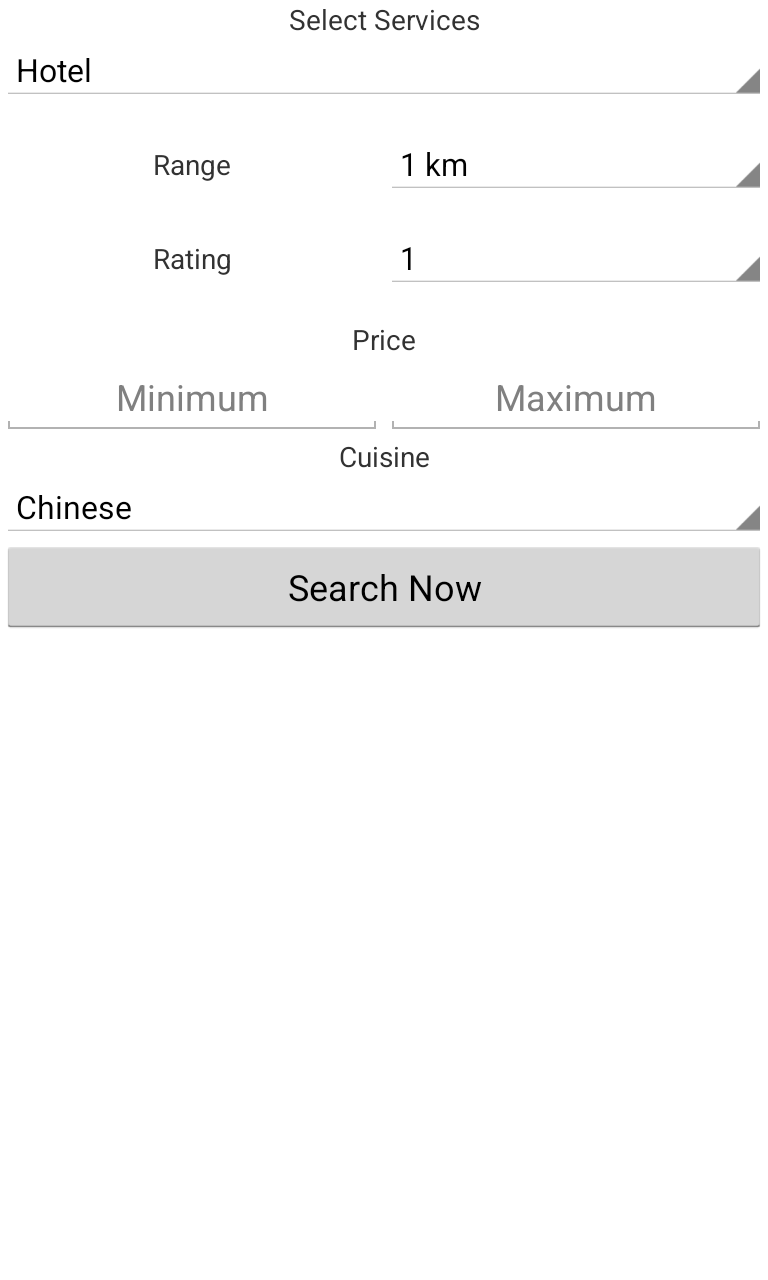
Repository: AungWinnHtut/projAndroid
Layout: com.engineer4myanmar.json.MainActivity/res/layout/activity_search.xml
The author's editor kept a copy of each file at every save. The layout is drawn from the files as they stood at one save, then again after the next save.
It is drawn on a 768 x 1280 px phone screen (xhdpi) without system bars, with theme AppTheme; the app's code is not run.

Above is the layout before, as saved 2015-08-24 15:51:25.

After the next save:
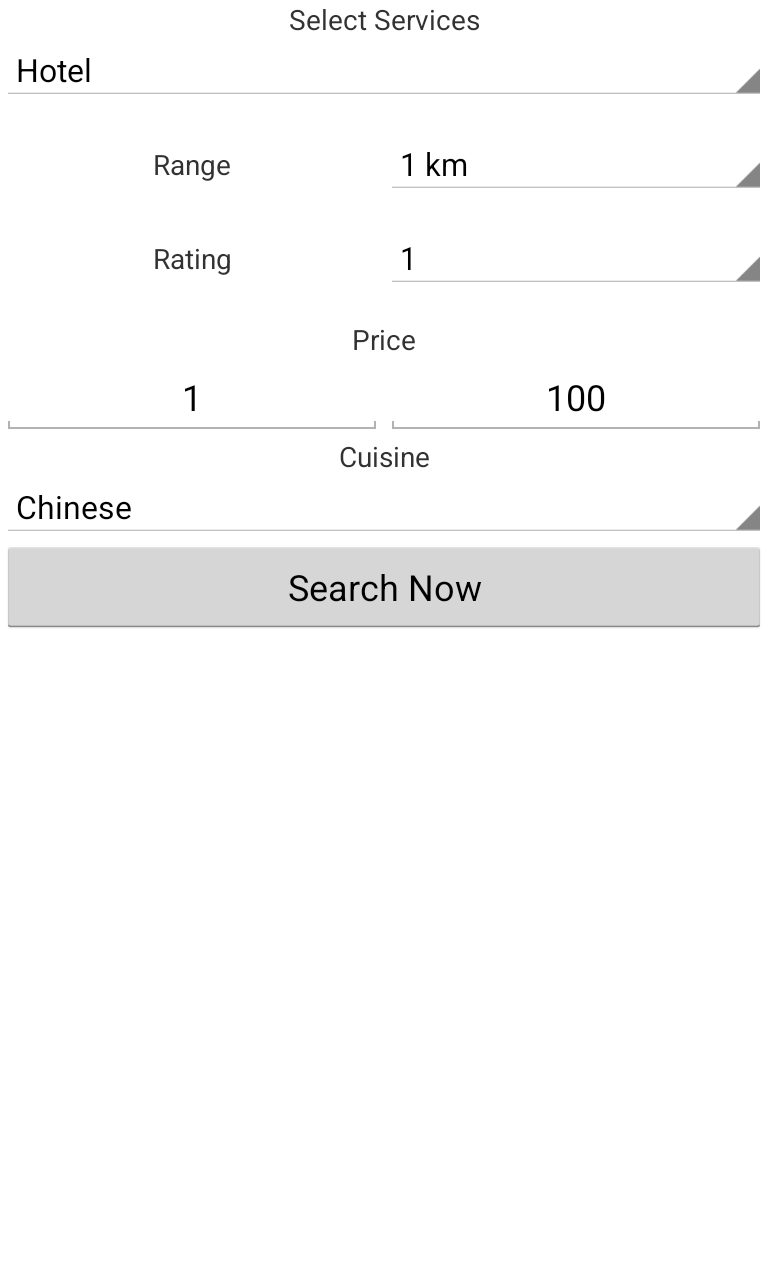
Saved 44 s later.
--- a/com.engineer4myanmar.json.MainActivity/res/layout/activity_search.xml
+++ b/com.engineer4myanmar.json.MainActivity/res/layout/activity_search.xml
@@ -102,6 +102,7 @@
             android:layout_gravity="center"
             android:layout_weight="1"
             android:gravity="center"
+            android:text="1"
             android:hint="Minimum" />
 
         <EditText
@@ -111,6 +112,7 @@
             android:layout_gravity="center"
             android:layout_weight="1"
             android:gravity="center"
+            android:text="100"
             android:hint="Maximum" />
     </LinearLayout>
 
